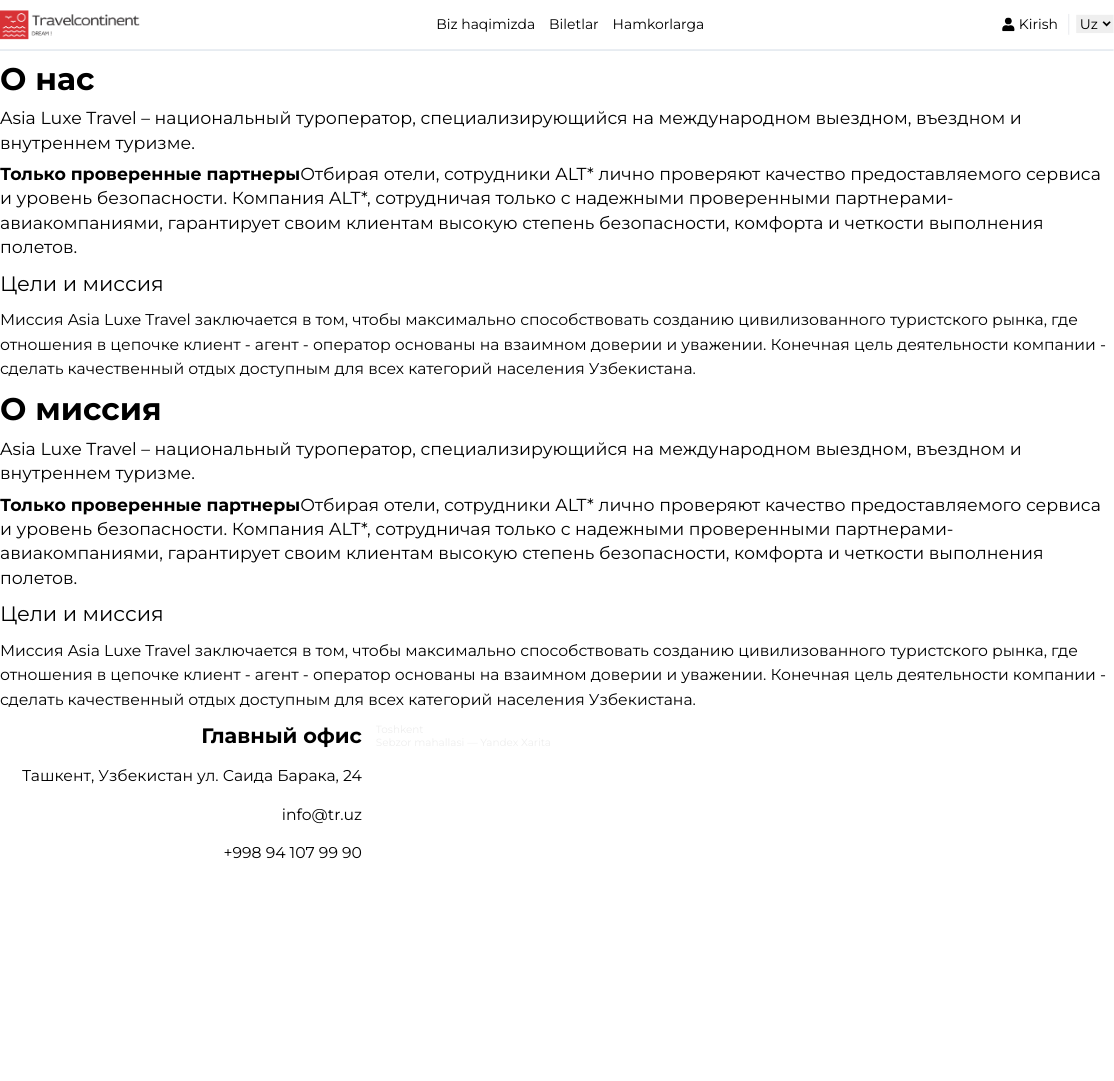
Repository: ziyodbek0300/avia-sales_
Page: /about-us
These files come from the project's save history. The page is drawn as it stood at one moment and after the next save; the edit follows.
The browser window is 1280 px wide. The pictures show the whole page, at 87% of full size.
The project was rebuilt for these pictures with package versions that can differ from the ones it lists, and the page was loaded fresh each time. Also part of the build but not shown: src/containers/home/Home.jsx.

Above is the page before, as saved 2022-06-04 00:54:25.

### src/index.js
import React from 'react';
import ReactDOM from 'react-dom/client';
import './index.scss';
import App from './App';
import { BrowserRouter } from 'react-router-dom';

// Import the functions you need from the SDKs you need
import { initializeApp } from "firebase/app";

const firebaseConfig = {
  apiKey: "AIzaSyCh8iVwHAk4edTRMCTfsixFgQGgbxiQ__o",
  authDomain: "travelcontinent-6deec.firebaseapp.com",
  projectId: "travelcontinent-6deec",
  storageBucket: "travelcontinent-6deec.appspot.com",
  messagingSenderId: "267962106998",
  appId: "1:267962106998:web:0326271bfbdab5676e8b57"
};

// Initialize Firebase
const app = initializeApp(firebaseConfig);
const root = ReactDOM.createRoot(document.getElementById('root'));
root.render(
  <React.StrictMode>
    <BrowserRouter>
      <App />
    </BrowserRouter>
  </React.StrictMode>
)

### src/index.scss
@tailwind base;
@tailwind components;
@tailwind utilities;
// font by google fonts
@import url('https://fonts.googleapis.com/css2?family=Montserrat:ital,wght@0,100;0,200;0,300;0,400;0,500;0,600;0,700;0,800;0,900;1,100;1,200;1,300;1,400;1,500;1,600;1,700;1,800;1,900&display=swap');

* {
  font-family: 'Montserrat', sans-serif;
}

code {
  font-family: source-code-pro, Menlo, Monaco, Consolas, 'Courier New',
    monospace;
}

.card-filter-courses {
  top: 5rem !important;
}

.card {
  grid-row: 1 / 3;
  background-size: cover;
  background-repeat: no-repeat;
}

/*main courses */
.main-courses {
  display: grid;
  grid-template-columns: 1fr 1fr;
  grid-template-rows: 10rem 10rem;
  grid-gap: 1rem;
}

.main-courses div:first-child {
  grid-row: 1 / 3;
}

.main-courses div {
  background-repeat: no-repeat;
  background-size: cover;
  background-image: linear-gradient(rgba(0, 0, 0, 0.1), rgba(0, 0, 0, 0.1));
  color: #fff;
}

.bg-custom {
  background: #f4f8fa !important;
}

### src/App.js
import { Route, Routes } from "react-router-dom";
import Navbar from "./components/navbar/Navbar";
import About from "./containers/about/About";
import Home from "./containers/home/Home";

function App() {
  return (
    <div>
      <Navbar />
      <Routes>
        <Route path="/" element={<Home />} />
        <Route path="/about-us" element={<About />} />
      </Routes>
    </div>
  );
}

export default App;

### src/components/navbar/Navbar.jsx
import React from 'react'
import { FaUser } from 'react-icons/fa';
import { NavLink } from 'react-router-dom';
import Logo from '../../static/images/logo.png'

function Navbar() {
    return (
        <div className='border-b border-b-slate-300 py-3'>
            <nav className=' flex justify-between items-center max-w-7xl mx-auto'>
                <div className="logo">
                    <img src={Logo} className="w-40" alt="logo" />
                </div>
                <ul className='flex gap-4'>
                    <li>
                        <NavLink to='/about-us'>Biz haqimizda</NavLink>
                    </li>
                    <li>Biletlar</li>
                    <li>Hamkorlarga</li>
                </ul>
                <ul className='flex gap-2'>
                    <li className='flex items-center border-r pr-3'>
                        <FaUser />&nbsp;Kirish
                    </li>
                    <li>
                        <select name="lang" id="lang" className='border-slate-500'>
                            <option value="uz">Uz</option>
                            <option value="uz">Ru</option>
                            <option value="uz">En</option>
                        </select>
                    </li>
                </ul>
            </nav>
        </div>
    )
}

export default Navbar

### src/containers/about/About.jsx
import React from 'react'

function About() {
    return (
        <div className='max-w-7xl mx-auto'>
            <div className='my-3'>
                <p className='text-4xl font-bold mb-3'>О нас</p>
                <p className='text-xl mb-2'>
                    Asia Luxe Travel – национальный туроператор, специализирующийся на международном выездном, въездном и внутреннем туризме.
                </p>
                <p className='text-xl'>
                    <b>Только проверенные партнеры</b>
                    Отбирая отели, сотрудники ALT* лично проверяют качество предоставляемого сервиса и уровень безопасности. Компания ALT*, сотрудничая только с надежными проверенными партнерами-авиакомпаниями, гарантирует своим клиентам высокую степень безопасности, комфорта и четкости выполнения полетов.
                </p>
                <p className='text-2xl font-normal my-3'>Цели и миссия</p>
                <p className='text-lg'>
                    Миссия Asia Luxe Travel заключается в том, чтобы максимально способствовать созданию цивилизованного туристского рынка, где отношения в цепочке клиент - агент - оператор основаны на взаимном доверии и уважении. Конечная цель деятельности компании - сделать качественный отдых доступным для всех категорий населения Узбекистана.
                </p>
            </div>
            <div className='my-3'>
                <p className='text-4xl font-bold mb-3'>О миссия</p>
                <p className='text-xl mb-2'>
                    Asia Luxe Travel – национальный туроператор, специализирующийся на международном выездном, въездном и внутреннем туризме.
                </p>
                <p className='text-xl'>
                    <b>Только проверенные партнеры</b>
                    Отбирая отели, сотрудники ALT* лично проверяют качество предоставляемого сервиса и уровень безопасности. Компания ALT*, сотрудничая только с надежными проверенными партнерами-авиакомпаниями, гарантирует своим клиентам высокую степень безопасности, комфорта и четкости выполнения полетов.
                </p>
                <p className='text-2xl font-normal my-3'>Цели и миссия</p>
                <p className='text-lg'>
                    Миссия Asia Luxe Travel заключается в том, чтобы максимально способствовать созданию цивилизованного туристского рынка, где отношения в цепочке клиент - агент - оператор основаны на взаимном доверии и уважении. Конечная цель деятельности компании - сделать качественный отдых доступным для всех категорий населения Узбекистана.
                </p>
            </div>
            <div className='my-3 grid grid-cols-3 gap-4'>
                <div className='flex flex-col gap-4 text-right col-start-1 col-end-2'>
                    <p className='text-2xl font-bold'>Главный офис</p>
                    <p className='text-lg'>Ташкент, Узбекистан ул. Саида Барака, 24</p>
                    <p className='text-lg'>info@tr.uz</p>
                    <p className='text-lg'>+998 94 107 99 90</p>
                </div>
                <div className='w-full' style={{ position: "relative", overflow: "hidden" }}><a className='w-full' href="https://yandex.com/maps/10335/tashkent/?utm_medium=mapframe&utm_source=maps" style={{ color: "#eee", fontSize: "12px", position: "absolute", top: "0px" }}>Toshkent</a><a href="https://yandex.com/maps/10335/tashkent/?ll=69.252730%2C41.330730&mode=whatshere&utm_medium=mapframe&utm_source=maps&whatshere%5Bpoint%5D=69.248940%2C41.333729&whatshere%5Bzoom%5D=14.18&z=14.18" style={{ color: "#eee", fontSize: "12px", position: "absolute", top: "14px" }} className="w-full">Sebzor mahallasi — Yandex Xarita</a><iframe className='w-full' src="https://yandex.com/map-widget/v1/-/CCUJu-CGwD" width="560" height="400" frameBorder="1" allowFullScreen={true} style={{ position: "relative" }}></iframe></div>
            </div>
        </div>
    )
}

export default About

Loaded but not shown: public/index.html (common file); tailwind.config.js (common file)

After the next save:
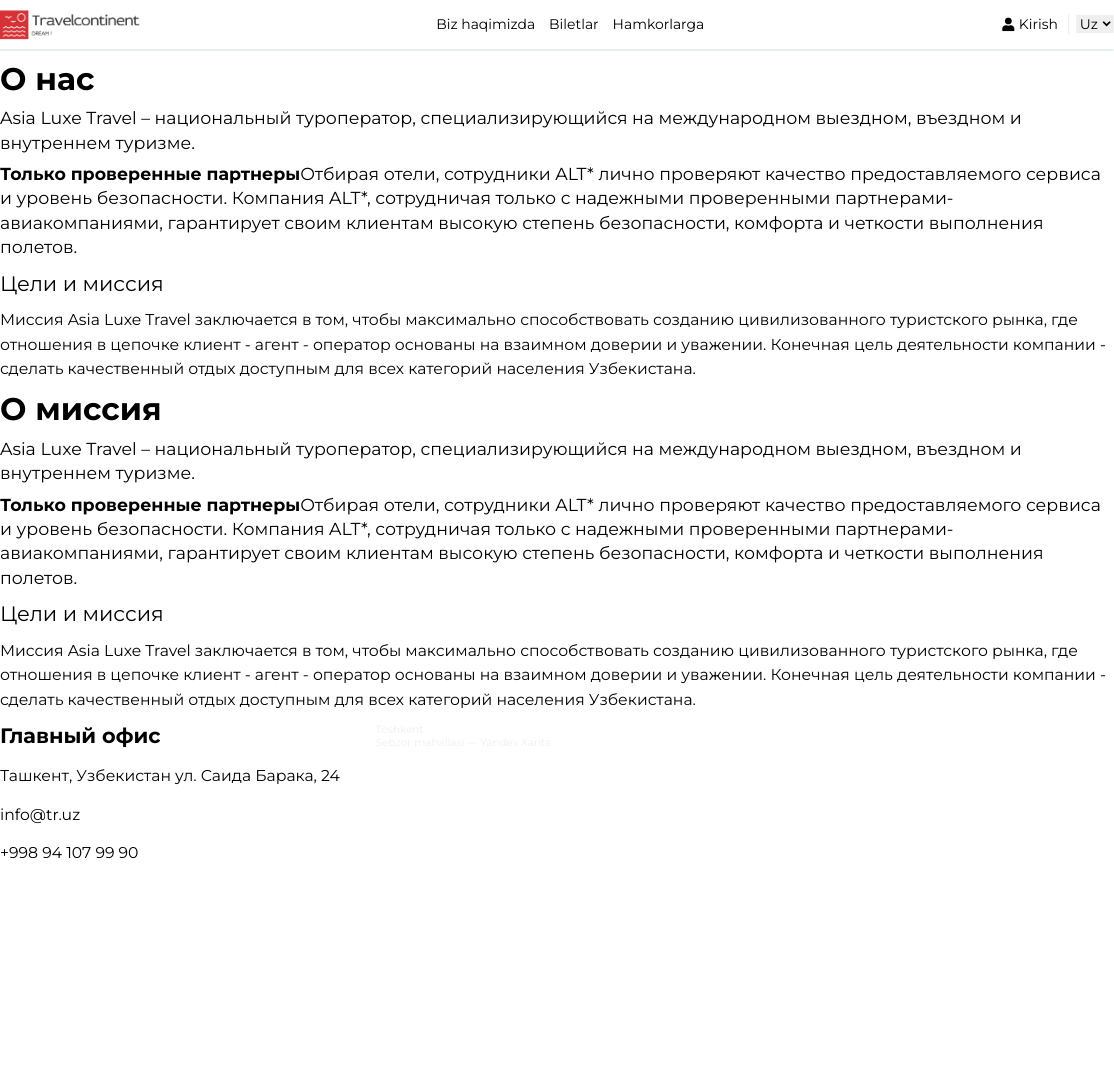
Saved 9 s later.
--- a/src/containers/about/About.jsx
+++ b/src/containers/about/About.jsx
@@ -32,7 +32,7 @@
                 </p>
             </div>
             <div className='my-3 grid grid-cols-3 gap-4'>
-                <div className='flex flex-col gap-4 text-right col-start-1 col-end-2'>
+                <div className='flex flex-col gap-4 col-start-1 col-end-2'>
                     <p className='text-2xl font-bold'>Главный офис</p>
                     <p className='text-lg'>Ташкент, Узбекистан ул. Саида Барака, 24</p>
                     <p className='text-lg'>info@tr.uz</p>
